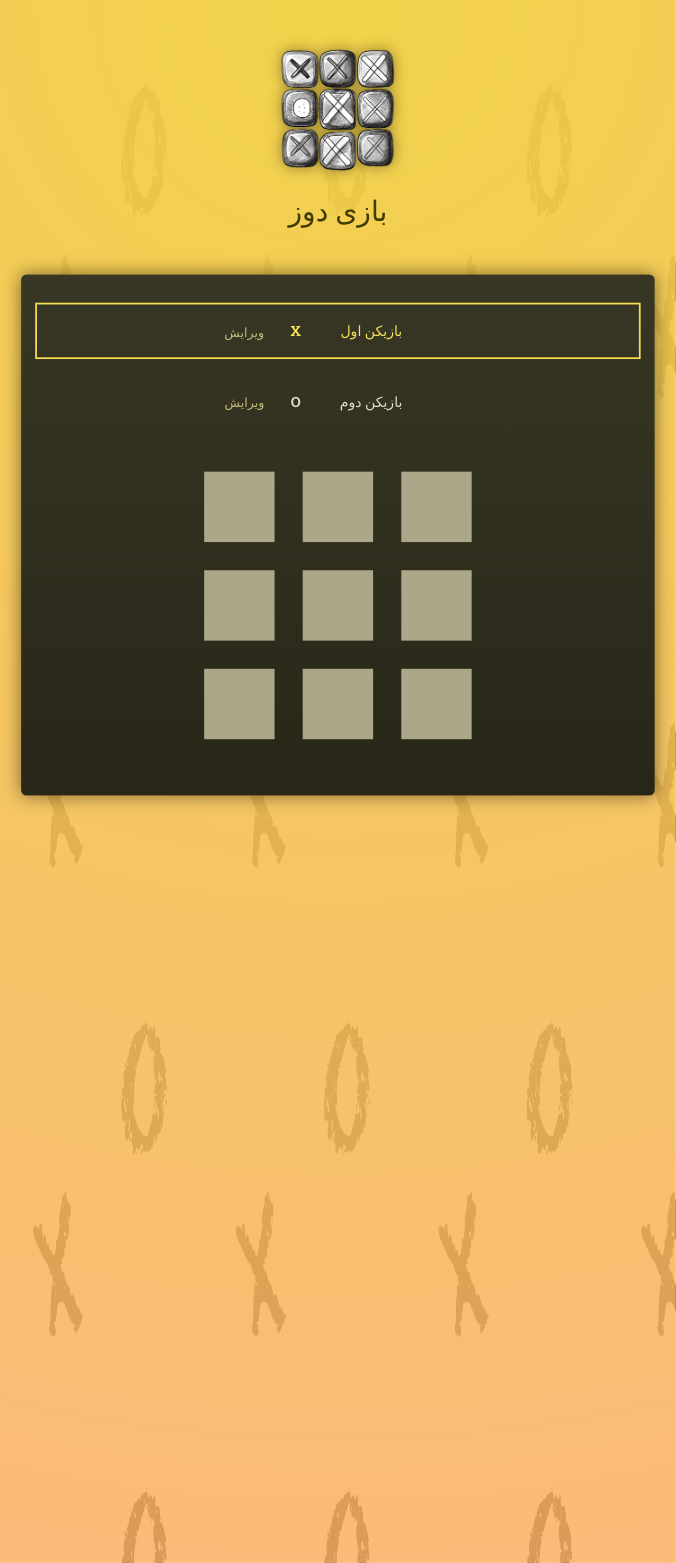
Repository: H-ala/react-tic-toc-toe
Page: /
These files come from the project's save history. The page is drawn as it stood at one moment and after the next save; the edit follows.
The browser window is 768 px wide. The pictures show the whole page, at 88% of full size.
Some web fonts or font styles are not loaded; a fallback is used. The project was rebuilt for these pictures with package versions that can differ from the ones it lists, and the page was loaded fresh each time. Also part of the build but not shown: vite.config.js, src/components/GameOver.jsx.

Above is the page before, as saved 2025-10-21 18:18:18.

### index.html
<!DOCTYPE html>
<html lang="en">
  <head>
    <meta charset="UTF-8" />
    <link rel="icon" type="image/svg+xml" href="/game-logo.png" />
    <meta name="viewport" content="width=device-width, initial-scale=1.0" />
    <title>React Tic-Tac-Toe</title>
  </head>
  <body>
    <header>
      <img src="game-logo.png" alt="main picture">
      <h1>بازی دوز</h1>
    </header>
    <div id="root"></div>
    <script type="module" src="/src/index.jsx"></script>
  </body>
</html>

### src/App.jsx
import { WINNING_COMBINATIONS } from "./winning_combinations.js";
import { useState } from "react";
import GameBoard from "./components/GameBoard.jsx";
import GameOver from "./components/GameOver.jsx";
import Player from "./components/Player.jsx";
import Log from "./components/Log.jsx";

const PLAYERS = {
    X: "بازیکن اول",
    O: "بازیکن دوم",
  }

const INITIAL_GAME_BOARD = [
  [null, null, null],
  [null, null, null],
  [null, null, null],
];

function deriveActivePlayer(gameTurns) {
  let currentPlayer = "X";
  if (gameTurns.length > 0 && gameTurns[0].player === "X") {
    currentPlayer = "O";
  }
  return currentPlayer;
}

function deriveGameBoard(gameTurns) {
  let gameBoard = [...INITIAL_GAME_BOARD.map((innerArray) => [...innerArray])];

  for (const turn of gameTurns) {
    const { square, player } = turn;
    const { row, col } = square;

    gameBoard[row][col] = player;
  }
  return gameBoard
}

function deriveWinner(gameBoard, players) {
  let winner;

  for (const combination of WINNING_COMBINATIONS) {
    const firstSquareSymbol =
      gameBoard[combination[0].row][combination[0].column];
    const secondSquareSymbol =
      gameBoard[combination[1].row][combination[1].column];
    const thirdSquareSymbol =
      gameBoard[combination[2].row][combination[2].column];

    if (
      firstSquareSymbol &&
      firstSquareSymbol === secondSquareSymbol &&
      firstSquareSymbol === thirdSquareSymbol
    ) {
      winner = players[firstSquareSymbol];
    }
  }

  return winner;
}

function App() {
  const [players, setplayers] = useState(PLAYERS);
  const [gameTurns, setGameTurns] = useState([]);

  const activePlayer = deriveActivePlayer(gameTurns);

  const gameBoard = deriveGameBoard(gameTurns);
  const winner = deriveWinner(gameBoard, players);
  const isDraw = gameTurns.length === 9 && !winner;

  function handleSelectSquare(rowIndex, colIndex) {
    setGameTurns((prevTurns) => {
      const currentPlayer = deriveActivePlayer(prevTurns);
      const updatedTurns = [
        {
          square: { row: rowIndex, col: colIndex },
          player: currentPlayer,
        },
        ...prevTurns,
      ];
      return updatedTurns;
    });
  }

  function handlePlayerName(symbol, newName) {
    setplayers((prevPlayers) => {
      return {
        ...prevPlayers,
        [symbol]: newName,
      };
    });
  }

  function handleRestart() {
    setGameTurns([]);
  }
  return (
    <main>
      <div id="game-container">
        <ol id="players" className="highlight-player">
          <Player
            initialName={PLAYERS.X}
            symbol="X"
            isActive={activePlayer === "X"}
            onChangeName={handlePlayerName}
          />
          <Player
            initialName={PLAYERS.O}
            symbol="O"
            isActive={activePlayer === "O"}
            onChangeName={handlePlayerName}
          />
        </ol>
        {(winner || isDraw) && (
          <GameOver winner={winner} onRestart={handleRestart} />
        )}
        <GameBoard onSelectSquare={handleSelectSquare} board={gameBoard} />
      </div>
      <Log turns={gameTurns} />
    </main>
  );
}

export default App;

### src/index.css
@import url("https://fonts.googleapis.com/css2?family=Caprasimo&family=Roboto+Slab:wght@400;700&display=swap");

* {
  box-sizing: border-box;
}

html {
  font-family: "Roboto Slab", sans-serif;
  line-height: 1.5;

  color: #ebe7ef;

  font-synthesis: none;
  text-rendering: optimizeLegibility;
  -webkit-font-smoothing: antialiased;
  -moz-osx-font-smoothing: grayscale;
  -webkit-text-size-adjust: 100%;
}

body {
  background: radial-gradient(
      circle at top,
      rgba(241, 210, 70, 0.98),
      rgba(250, 176, 103, 0.87)
    ),
    url("bg-pattern-dark.png");
  background-repeat: repeat;
  background-size: 100% 100%, 30% 30%, 100% 100%;
  min-height: 110rem;
  direction: rtl;
}

header {
  text-align: center;
}

header img {
  width: 8rem;
  object-fit: contain;
  margin: 3rem auto 1rem auto;
  filter: drop-shadow(0 0 8px rgba(0, 0, 0, 0.4));
}

h1 {
  font-family: "Caprasimo", cursive;
  font-size: 3rem;
  margin: 0 auto 3rem auto;
  color: #3f3b00;
}

#game-container {
  max-width: 45rem;
  margin: 3rem auto;
  padding: 2rem;
  border-radius: 6px;
  background: linear-gradient(#383624, #282617);
  box-shadow: 0 0 20px rgba(0, 0, 0, 0.5);
  position: relative;
}

#players {
  list-style: none;
  padding: 0;
  margin: 1rem 0;
  display: flex;
  justify-content: center;
  align-items: center;
  gap: 2rem;
}

#players li {
  display: flex;
  align-items: center;
  width: 50%;
  border: 2px solid transparent;
}

#players.highlight-player li.active {
  border-color: #f6e35a;
  animation: pulse 2s infinite ease-in-out;
}

#players.highlight-player li.active .player-name,
#players.highlight-player li.active .player-symbol {
  color: #f6e35a;
}

#players button {
  width: 3rem;
  border: none;
  background: none;
  color: #c3ba78;
  font-size: 0.9rem;
  cursor: pointer;
  transition: color 0.2s;
  padding: 0.5rem 0.25rem 0.25rem 0.25rem;
  text-align: center;
}

#players button:hover {
  color: #f8ca31;
}

.player {
  border: 2px solid transparent;
  padding: 0.5rem;
  border-radius: 4px;
  font-weight: bold;
}

.player-name {
  display: inline-block;
  width: 10rem;
  font-size: 1rem;
  color: #e1dec7;
  text-transform: uppercase;
  margin: 0;
  padding: 0.5rem;
  border-radius: 4px;
  text-overflow: ellipsis;
  text-align: center;
}

.player input {
  font: inherit;
  font-size: 1rem;
  width: 10rem;
  border: none;
  padding: 0.5rem;
  animation: pulse-text 2s infinite;
  background-color: #46432f;
  text-align: center;
  text-transform: uppercase;
}

.player-symbol {
  margin-left: 1rem;
  font-size: 1rem;
  color: #e1dec7;
}

ol {
  list-style: none;
  margin: 0;
  padding: 0;
}

#pre-game {
  text-align: center;
}

#pre-game button {
  cursor: pointer;
  background: none;
  color: #f8c031;
  border: none;
  font-family: "Caprasimo", cursive;
  font-size: 4rem;
  text-shadow: 0 0 12px rgba(0, 0, 0, 0.7);
  animation: pulse-text-size 2s infinite ease-out;
}

#game-board {
  display: flex;
  flex-wrap: wrap;
  justify-content: center;
  gap: 2rem;
  margin: 3rem 0;
  padding: 0;
  flex-direction: column;
}

#game-board ol {
  display: flex;
  flex-wrap: wrap;
  justify-content: center;
  gap: 2rem;
  margin: 0;
  padding: 0;
}

#game-board button {
  width: 8rem;
  height: 8rem;
  border: none;
  background: #aca788;
  color: #3f3b00;
  font-size: 5rem;
  cursor: pointer;
  font-family: "Caprasimo", cursive;
  padding: 1rem;
}

#game-over {
  position: absolute;
  top: 0;
  left: 0;
  width: 100%;
  height: 100%;
  display: flex;
  flex-direction: column;
  justify-content: center;
  align-items: center;
  background-color: rgba(40, 38, 23, 0.95);
  animation: pop-in 0.5s cubic-bezier(0.68, -0.55, 0.65, 0.52) forwards;
}

#game-over h2 {
  font-family: "Caprasimo", cursive;
  font-size: 4rem;
  text-align: center;
  color: #fcd256;
  margin: 0;
}

#game-over p {
  font-size: 2rem;
  text-align: center;
  color: #e1dec7;
}

#game-over button {
  display: block;
  margin: 0 auto;
  font-size: 1.5rem;
  background: none;
  border: 2px solid #fcd256;
  color: #fcd256;
  padding: 0.5rem 1rem;
  border-radius: 4px;
  cursor: pointer;
  transition: all 0.2s, color 0.2s;
  box-shadow: 0 0 8px rgba(255, 187, 0, 0.4);
}

#game-over button:hover {
  background: #fcd256;
  color: #3f3b00;
  transform: scale(1.1);
  box-shadow: 0 0 20px rgba(255, 187, 0, 0.8);
}

#log {
  max-width: 20rem;
  color: #3f3b00;
  list-style: none;
  margin: 2rem auto;
  padding: 0;
  text-align: center;
}

#log li {
  border-radius: 4px;
  animation: slide-in-from-left 1s cubic-bezier(0.075, 0.82, 0.165, 1) forwards;
  margin: 0.75rem;
}

#log li.highlighted {
  background-color: #3f3b00;
  color: white;
}

#game-hints {
  text-align: center;
  color: #46432f;
}

#game-hints h2 {
  font-family: "Caprasimo", cursive;
  font-size: 2rem;
  margin: 0;
}

#game-hints ul {
  list-style: none;
  padding: 0;
  margin: 0;
}

#game-hints button {
  cursor: pointer;
  border: none;
  background: transparent;
  color: #23221f;
  font: inherit;
  margin-top: 1.5rem;
}

@keyframes slide-in-from-left {
  0% {
    opacity: 0;
    transform: translateX(-30%);
  }
  100% {
    opacity: 1;
    transform: translateX(0);
  }
}

@keyframes pulse-text {
  0% {
    color: #e1dec7;
  }
  50% {
    color: #9f9d83;
  }
  100% {
    color: #e1dec7;
  }
}

@keyframes pulse-text-size {
  0% {
    transform: scale(1);
  }
  50% {
    transform: scale(1.05);
  }
  100% {
    transform: scale(1);
  }
}

@keyframes pulse {
  0% {
    border-color: #f6e35a;
    box-shadow: 0 0 0 0 rgba(246, 227, 90, 0.4);
  }
  50% {
    border-color: #f8c031;
    box-shadow: 0 0 0 0.5rem rgba(248, 165, 49, 0);
  }
  100% {
    border-color: #f6e35a;
    box-shadow: 0 0 0 0 rgba(246, 227, 90, 0);
  }
}

/* Fancy animation for showing the "Game Over" element */
@keyframes pop-in {
  0% {
    transform: scale(0);
    opacity: 0;
  }
  80% {
    transform: scale(1.1);
    opacity: 1;
  }
  100% {
    transform: scale(1);
  }
}

@media (max-width: 768px) {
  h1 {
    font-size: 2rem;
  }

  #game-container {
    padding: 1rem;
    margin: 1rem;
  }

  #players {
    flex-direction: column;
    gap: 1rem;
  }

  #players li {
    width: 100%;
    align-items: center;
    justify-content: center;
  }

  #game-board button {
    width: 5rem;
    height: 5rem;
    font-size: 2.5rem;
  }

  #pre-game button {
    font-size: 2.5rem;
  }

  #game-over h2 {
    font-size: 2.5rem;
  }

  #game-over p {
    font-size: 1.2rem;
  }
}

### src/winning_combinations.js
export const WINNING_COMBINATIONS = [
  [
    { row: 0, column: 0 },
    { row: 0, column: 1 },
    { row: 0, column: 2 },
  ],
  [
    { row: 1, column: 0 },
    { row: 1, column: 1 },
    { row: 1, column: 2 },
  ],
  [
    { row: 2, column: 0 },
    { row: 2, column: 1 },
    { row: 2, column: 2 },
  ],
  [
    { row: 0, column: 0 },
    { row: 1, column: 0 },
    { row: 2, column: 0 },
  ],
  [
    { row: 0, column: 1 },
    { row: 1, column: 1 },
    { row: 2, column: 1 },
  ],
  [
    { row: 0, column: 2 },
    { row: 1, column: 2 },
    { row: 2, column: 2 },
  ],
  [
    { row: 0, column: 0 },
    { row: 1, column: 1 },
    { row: 2, column: 2 },
  ],
  [
    { row: 0, column: 2 },
    { row: 1, column: 1 },
    { row: 2, column: 0 },
  ],
];

### src/components/Player.jsx
import { useState } from "react";

export default function ({ initialName, symbol, isActive, onChangeName }) {
  const [playerName, setplayerName] = useState(initialName);
  const [isEditting, setIsEditting] = useState(false);

  function handleEditClick() {
    setIsEditting((editting) => !editting);
    if (isEditting) {
      onChangeName(symbol, playerName);
    }
  }

  function handleChange(event) {
    setplayerName(event.target.value);
  }

  let edittablePlayerName = <span className="player-name">{playerName}</span>;
  if (isEditting) {
    edittablePlayerName = (
      <input type="text" required value={playerName} onChange={handleChange} />
    );
  }
  return (
    <li className={isActive ? "active" : undefined}>
      <span className="player">
        {edittablePlayerName}
        <span className="player-symbol">{symbol}</span>
      </span>
      <button onClick={handleEditClick}>{isEditting ? "ذخیره" : "ویرایش"} </button>
    </li>
  );
}

### src/components/Log.jsx
export default function Log({ turns }) {
  return (
    <ol id="log">
      {turns.map((turn) => (
        <li key={`${turn.square.row}${turn.square.col}`}>
          {turn.player} ردیف {turn.square.row + 1} و ستون {turn.square.col + 1}{" "}
          را انتخاب کرد
        </li>
      ))}
    </ol>
  );
}

Loaded but not shown: src/index.jsx (common file); src/components/GameBoard.jsx (common file)

After the next save:
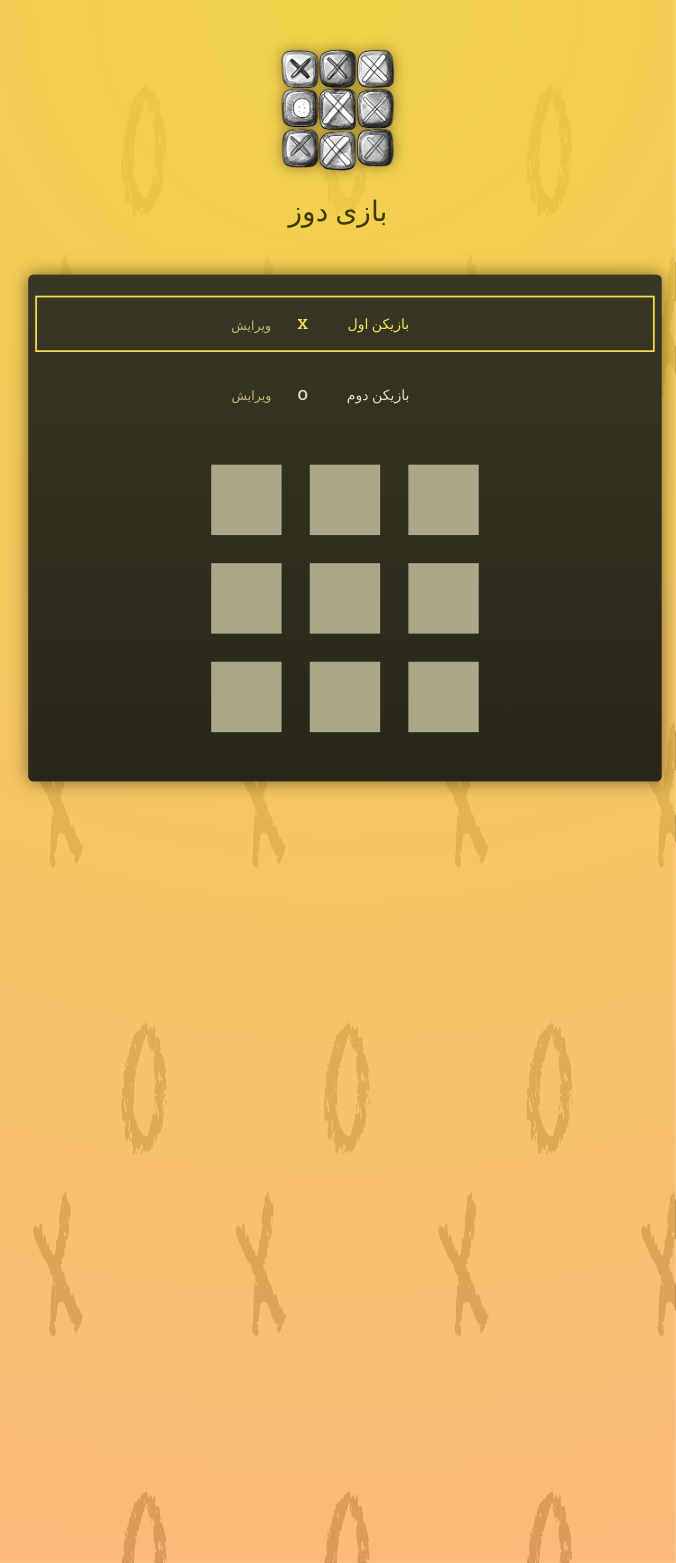
Saved 45 s later.
--- a/src/index.css
+++ b/src/index.css
@@ -357,8 +357,8 @@ ol {
   }
 
   #game-container {
-    padding: 1rem;
-    margin: 1rem;
+    padding: 0.5rem;
+    margin: 0.5rem;
   }
 
   #players {
